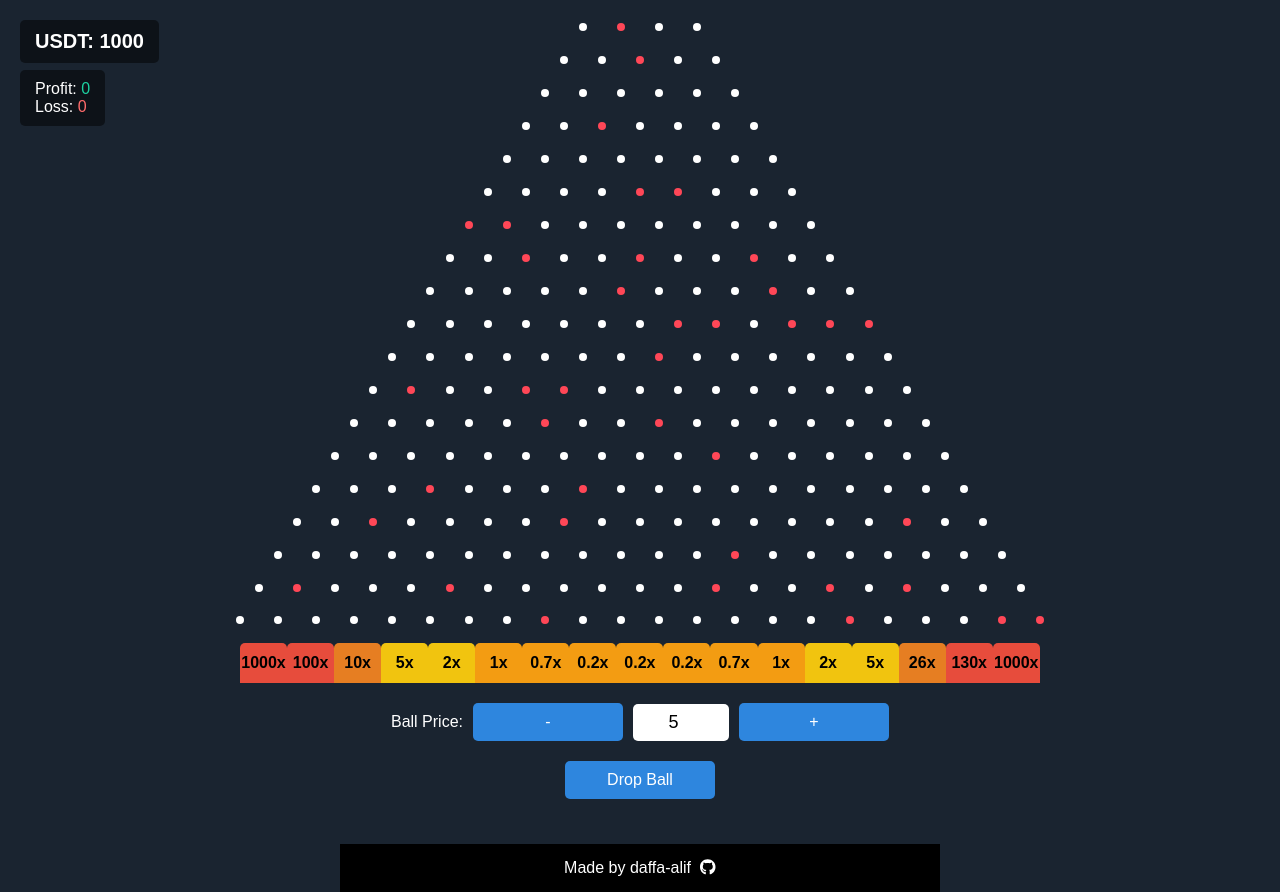
Repository: daffa-alif/PLINKO-JS
Page: index.html
An editor plug-in stored every save of this project. The page is shown before and after the next save, followed by the edit.
The browser window is 1280 px wide. The pictures show the whole page.

Above is the page before, as saved 2025-03-07 09:31:27.

After the next save:
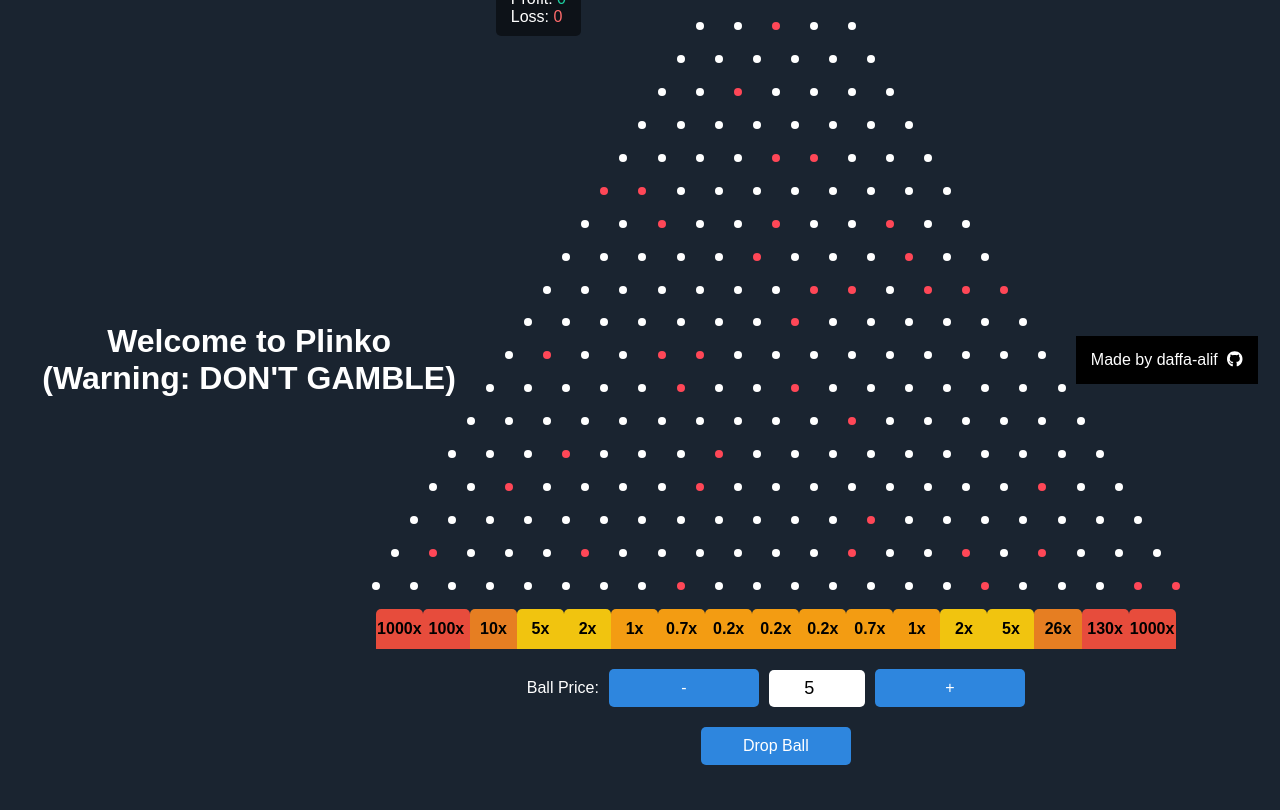
Saved 38 s later.
--- a/index.html
+++ b/index.html
@@ -9,24 +9,19 @@
 </head>
 <body>
 
-<div class="">
-<div class="nav" style="text-align: center;">
-    <h1>welcome to plinko <br> (warning DON'T GAMBLE)</h1>
-</div>
-    <div>
+    <header class="nav" style="text-align: center; padding: 20px;">
+        <h1>Welcome to Plinko <br> (Warning: DON'T GAMBLE)</h1>
+    </header>
 
-        <div>
-            <div class="balance">USDT: <span id="balance">1000</span></div>
-    <div class="statistics">
-        Profit: <span id="profit" class="profit">0</span><br>
-        Loss: <span id="loss" class="loss">0</span>
-    </div>
-</div>
+    <main class="container">
+        <div class="balance">USDT: <span id="balance">1000</span></div>
+        <div class="statistics">
+            Profit: <span id="profit" class="profit">0</span><br>
+            Loss: <span id="loss" class="loss">0</span>
+        </div>
 
-<div>
+        <div class="plinko-board" id="plinkoBoard"></div>
 
-    <div class="container">
-        <div class="plinko-board" id="plinkoBoard"></div>
         <div class="controls">
             <div class="price-controls">
                 <span>Ball Price:</span>
@@ -37,23 +32,16 @@
             <button id="dropButton">Drop Ball</button>
             <div class="results" id="results"></div>
         </div>
-    </div>
-</div>
+    </main>
 
-<div>
     <footer style="background-color: black; color: white; text-align: center; padding: 15px;">
         Made by daffa-alif
         <a href="https://github.com/daffa-alif" target="_blank" style="color: white; margin-left: 5px;">
             <i class="fab fa-github"></i>
         </a>
     </footer>
-</div>
 
-<!-- FontAwesome CDN for GitHub Icon -->
+    <script src="script.js"></script>
 
-</div>
-</div>
-
-<script src="script.js"></script>
 </body>
 </html>
